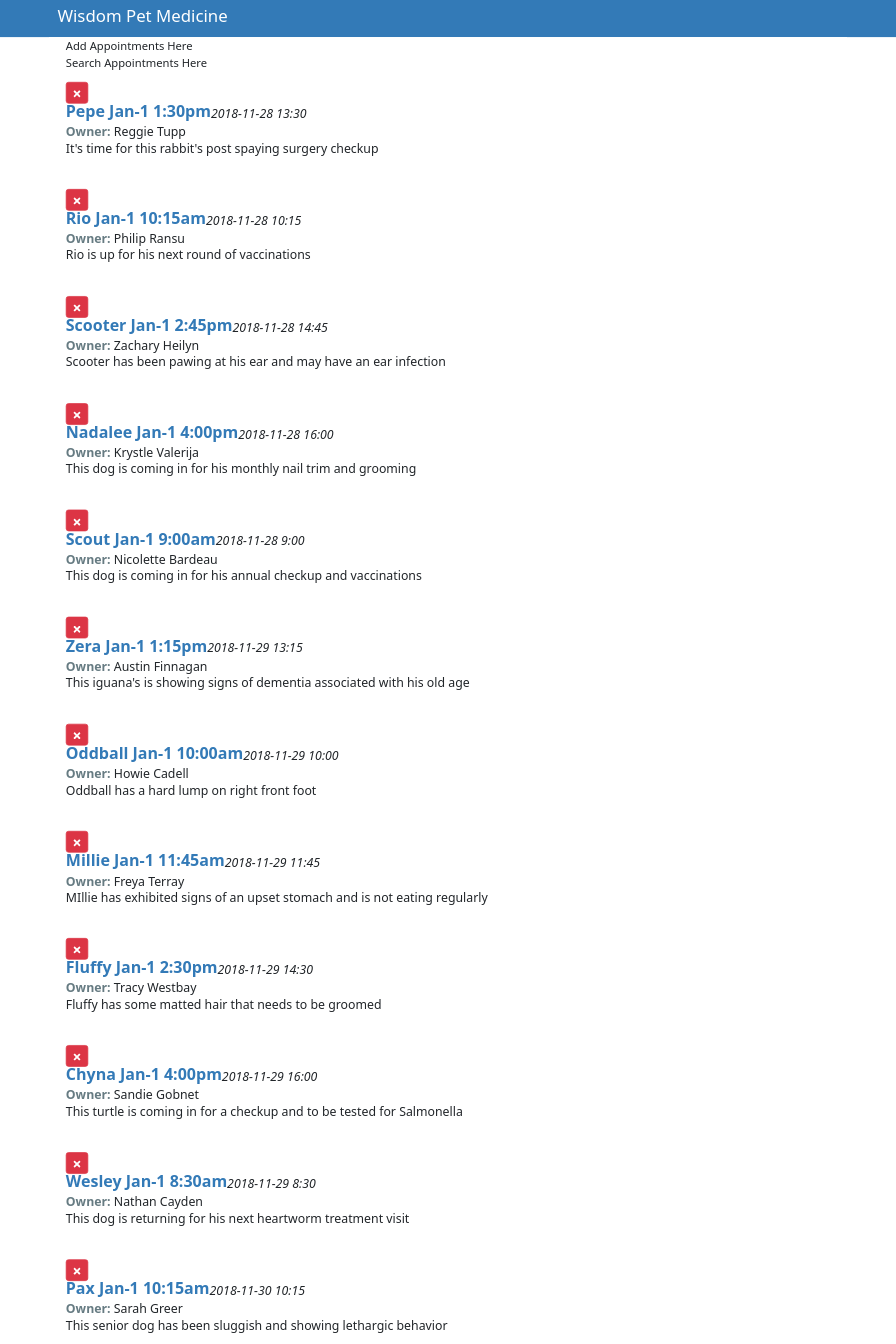
Repository: DevLuDaley/reactinterface
Page: /
These files come from the project's save history. The page is drawn as it stood at one moment and after the next save; the edit follows.
The browser window is 1280 px wide. The pictures show the part of the page from y = 0 to 1920 px (the page is 3978 px tall before and 3618 px after), at 70% of full size.
The project was rebuilt for these pictures with package versions that can differ from the ones it lists, and the page was loaded fresh each time.

Above is the page before, as saved 2021-02-04 18:46:33.

After the next save:
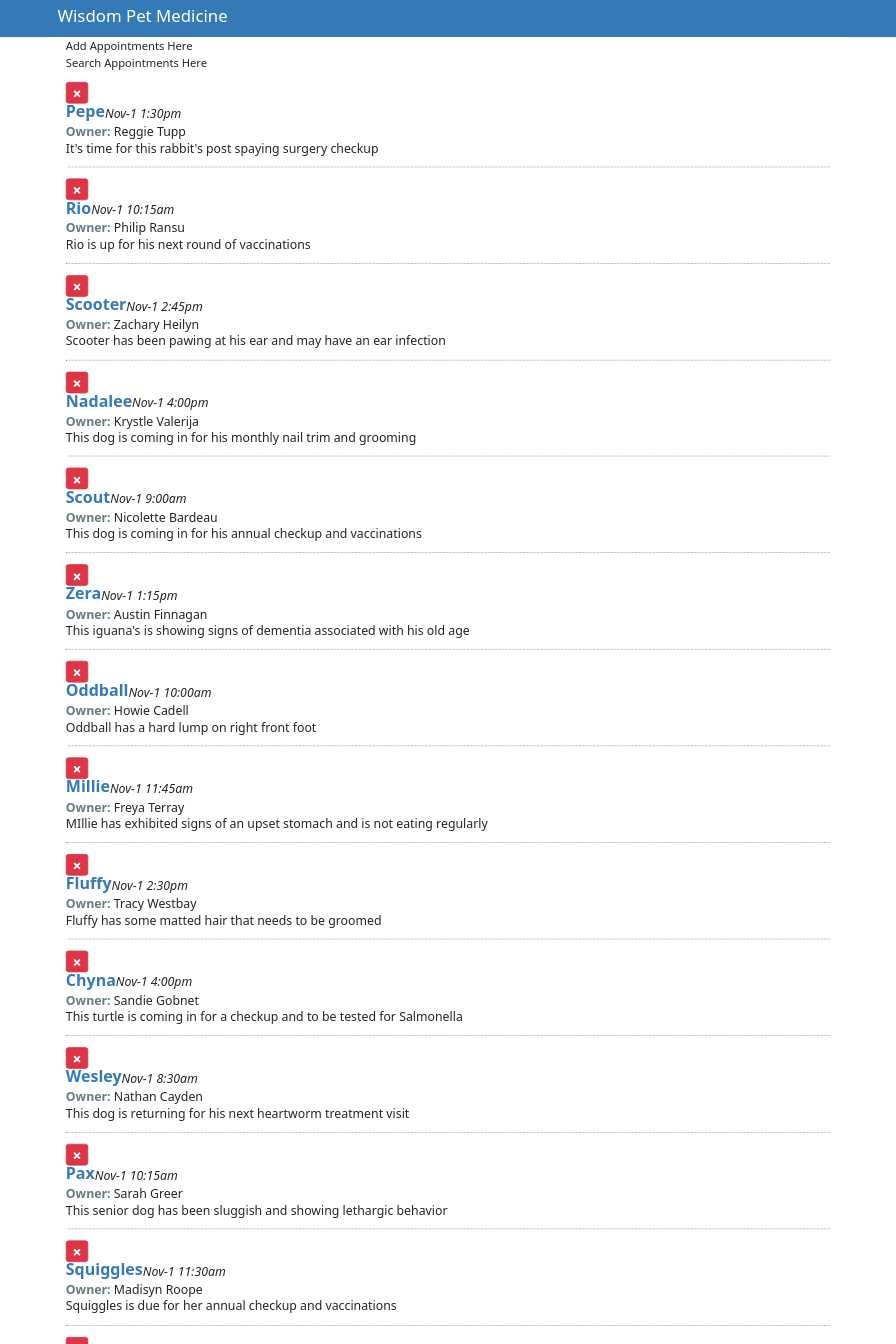
Saved 2 min 29 s later.
--- a/src/components/ListAppointments.js
+++ b/src/components/ListAppointments.js
@@ -1,41 +1,29 @@
-import React, { Component } from 'react'
+import React, { Component } from 'react';
 import { FaTimes } from 'react-icons/fa';
 import Moment from 'react-moment';
 
 class ListAppointments extends Component {
-    constructor(props) {
-        super(props);
-        this.state = {  }
-    }
-    render() {
-    //   const listItems = this.state.myAppointments.map(item => (
-    //   const listItems = this.props.appointments.map(item => (
-    //         <div>
-    //             <div>
-    //             {item.petName} -- {item.ownerName}</div>
-    //         </div>
-    // ))
-
-
-
-        return (
-        <div>
-            {/* List Appointments Here */}
-            {/* {listItems} */}
-            {this.props.appointments.map(item => (
-                <div className="appointment-list item-list mb-3">
+  render() {
+    return (
+      <div className="appointment-list item-list mb-3">
+        {this.props.appointments.map(item => (
           <div className="pet-item col media py-3" key={item.aptId}>
             <div className="mr-3">
-              <button className="pet-delete btn btn-sm btn-danger"><FaTimes/></button>
+              <button className="pet-delete btn btn-sm btn-danger">
+                <FaTimes />
+              </button>
             </div>
 
             <div className="pet-info media-body">
               <div className="pet-head d-flex">
-                <span className="pet-name">{item.petName} <Moment date={item.aptDate}
-                    parse='YYYY-MMM-dd hh:mm'
+                <span className="pet-name">{item.petName}</span>
+                <span className="apt-date ml-auto">
+                  <Moment
+                    date={item.aptDate}
+                    parse="YYYY-MM-dd hh:mm"
                     format="MMM-D h:mma"
-                /> </span>
-                <span className="apt-date ml-auto">{item.aptDate}</span>
+                  />
+                </span>
               </div>
 
               <div className="owner-name">
@@ -45,11 +33,10 @@ class ListAppointments extends Component {
               <div className="apt-notes">{item.aptNotes}</div>
             </div>
           </div>
+        ))}
       </div>
-            ))}
+    );
+  }
+}
 
-        </div>
-        );
-    }
-}
 export default ListAppointments;
